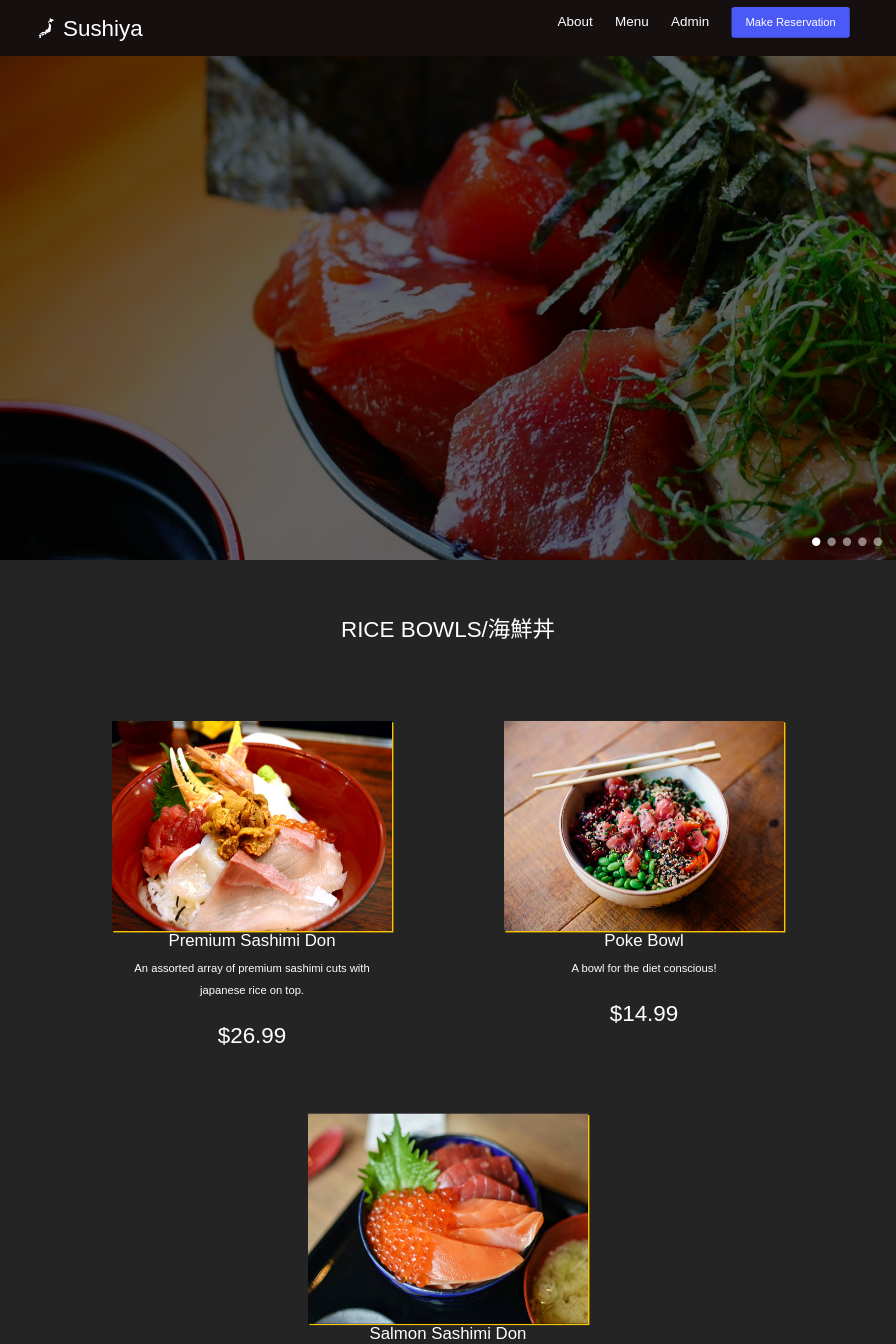
Repository: RuiXiong2211/Sushiroe
Page: /Menu
The author's editor kept a copy of each file at every save. The page is drawn from the files as they stood at one save, then again after the next save.
The browser window is 1280 px wide. The pictures show the part of the page from y = 0 to 1920 px (the page is 5128 px tall), at 70% of full size.
Pictures or frames that could not be fetched are drawn as grey boxes. The page's requests for data from a server got no answer. The project was rebuilt for these pictures with package versions that can differ from the ones it lists, and the page was loaded fresh each time. No one was signed in, and anything a server would have sent is missing. Also part of the build but not shown: src/components/InfoSection/InfoSection.elements.js, src/components/InfoSection/InfoSection.js, src/components/AdminDashboard/ResItem.elements.js, src/components/AdminDashboard/ResvItem.js, src/components/Reservation/Reservation.elements.js, src/components/AdminDashboard/EditFormElements.js, src/components/AdminDashboard/EditForm.js, src/components/AdminDashboard/AdminDashboard.elements.js and 8 more.

Above is the page before, as saved 2021-07-30 12:39:38.

After the next save:
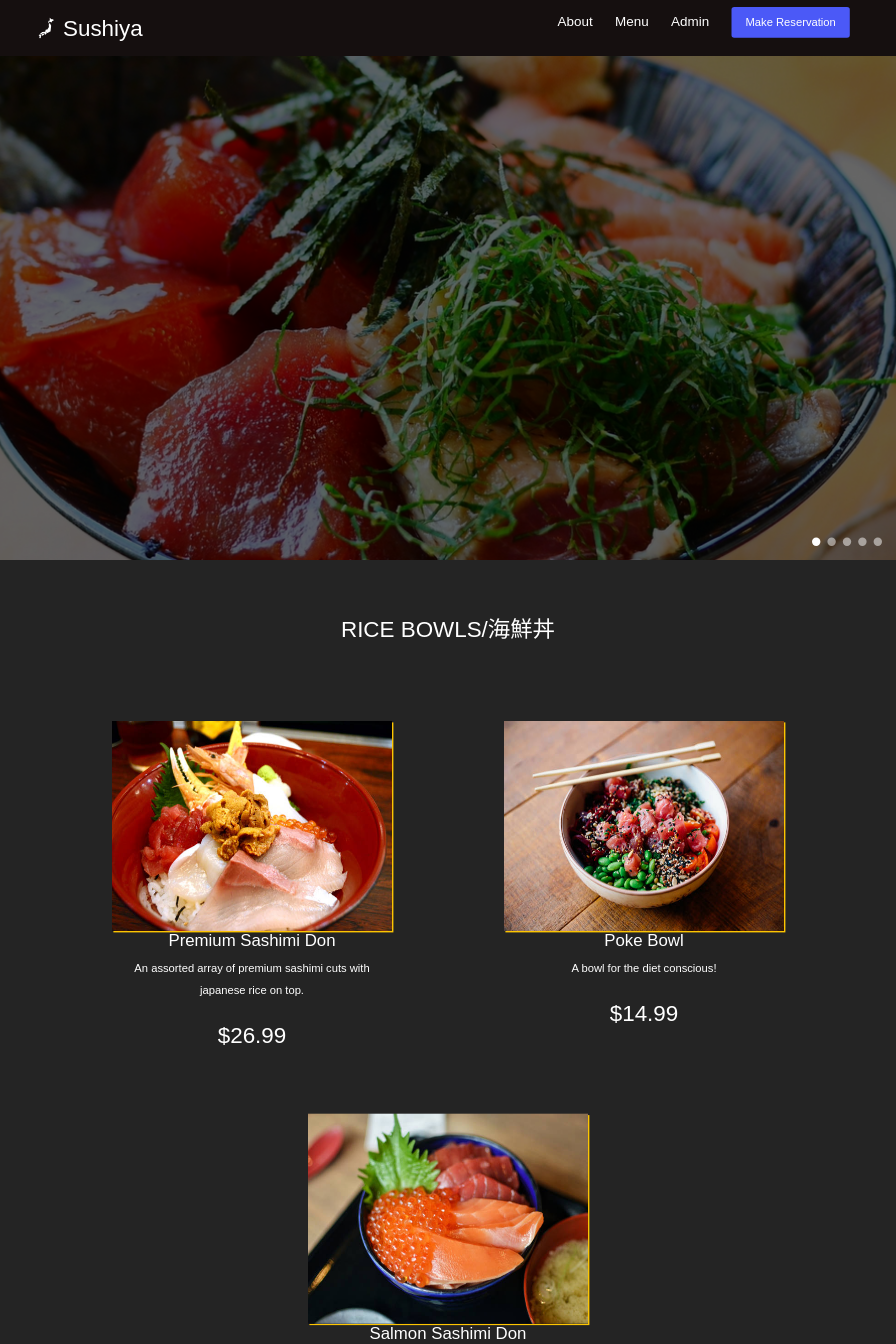
Saved 15 s later.
--- a/src/components/ImageSlider/ImageSlider.elements.js
+++ b/src/components/ImageSlider/ImageSlider.elements.js
@@ -12,7 +12,7 @@ export const Slide = styled.div`
   height: 100%;
   width: 100vw;
   flex-shrink: 0;
-  background-position: fill;
+  background-position: center;
   background-size: cover;
   transition: 750ms all ease-in-out;
 `;
